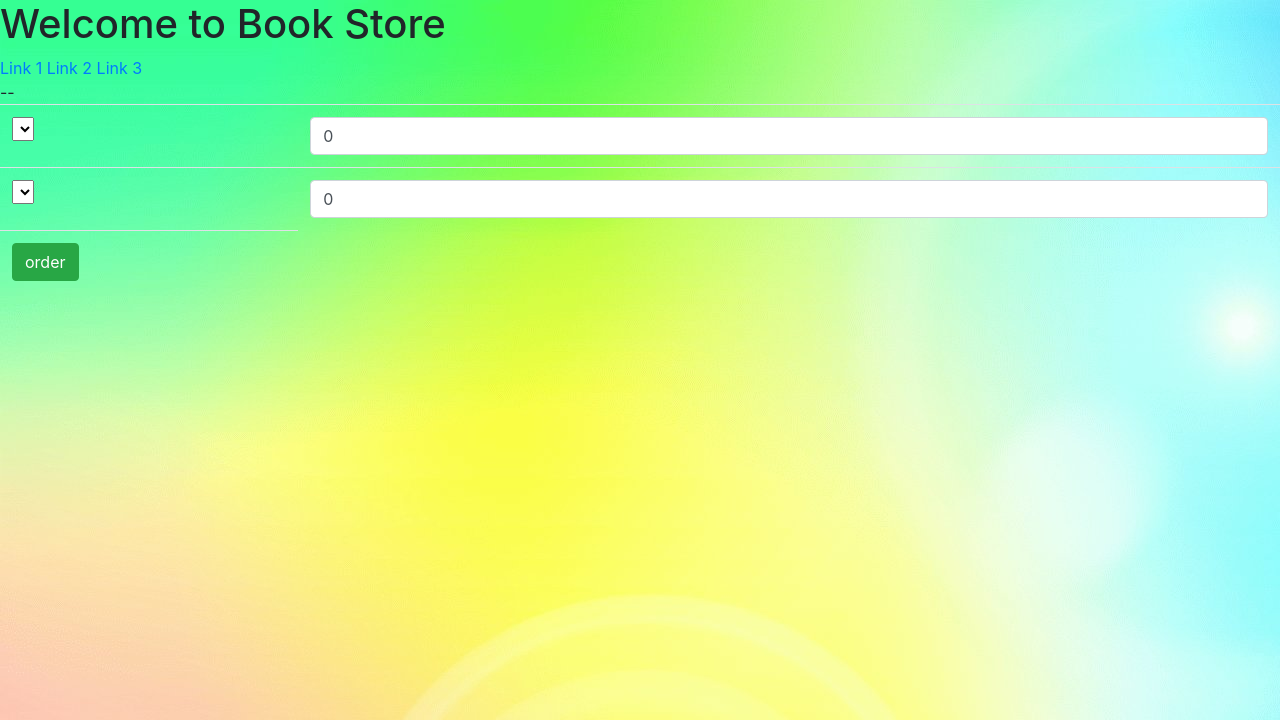
Repository: zhenyan02/HW_Projects
Page: http://localhost/bookStore/BuyerWeb.jsp
These files come from the project's save history. The page is drawn as it stood at one moment and after the next save; the edit follows.
The browser window is 1280 px wide. The pictures show the whole page.
The page is served by Tomcat 9. Queries for data that is not in the repository find no rows.

Above is the page before, as saved 2018-11-27 04:10:01.

After the next save:
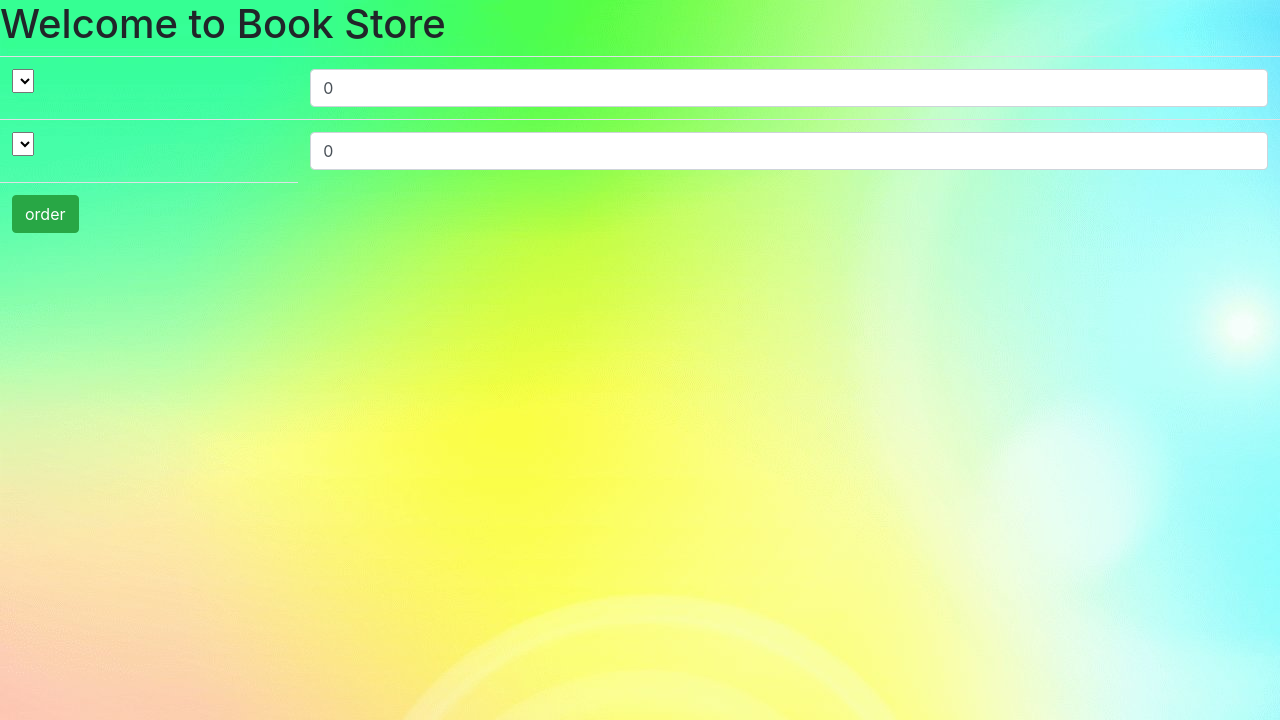
Saved 90 s later.
--- a/582_Final Project_JavaScript/bookStore/WebContent/BuyerWeb.jsp
+++ b/582_Final Project_JavaScript/bookStore/WebContent/BuyerWeb.jsp
@@ -58,14 +58,10 @@
 	 //}
 %>
 <form action="BuyerWeb.jsp">
-    <div class="dropdown-content">
-      <a href="#">Link 1</a>
-      <a href="#">Link 2</a>
-      <a href="#">Link 3</a>
-      </div>
+
 	<table class= "table">
 			<tr>
-			<span class="input-group-addon">-</span>
+
 			<td> <select name = "options">
 				<% for(Branch ap:branchs){%>
 						<option value="name=<%= ap.getName() %>&version=<%= ap.getVersion() %>&stock=<%= ap.getStock() %>">
@@ -78,7 +74,6 @@
 
 
 			<tr>
-			<span class="input-group-addon">-</span>
 			<td> <select name = "options">
 				<% for(Branch ap:branchs){%>
 						<option value="name2=<%= ap.getName() %>&version2=<%= ap.getVersion() %>&stock2=<%= ap.getStock() %>">
